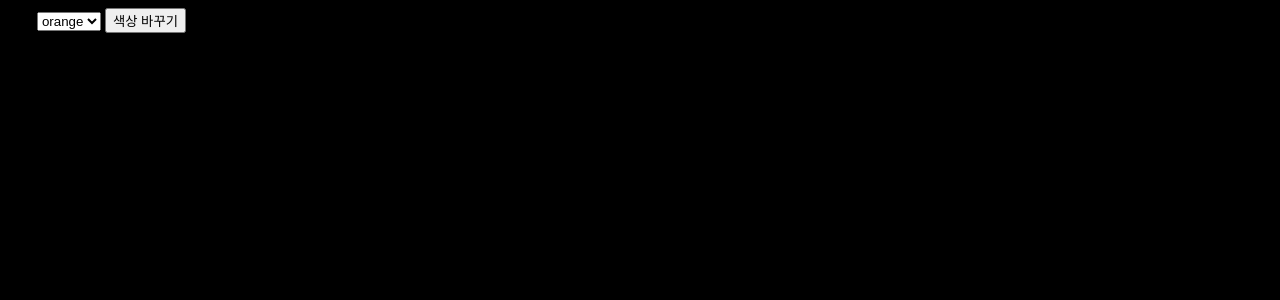
Repository: ABCchocolate/JSP_yooshin
Page: http://localhost/BoardApp/color/main.jsp
These files come from the project's save history. The page is drawn as it stood at one moment and after the next save; the edit follows.
The browser window is 1280 px wide. The pictures show the whole page.
The page is served by Tomcat 9. Other server files are loaded and not shown.

Above is the page before, as saved 2025-07-02 06:37:51.

### BoardApp/src/main/webapp/color/main.jsp
<%@ page contentType="text/html; charset=UTF-8"%>
<%

	//field of service method
	String bg = request.getParameter("bg");
	out.print(bg);

%>
<!DOCTYPE html>
<html>
<head>
<script
	src="https://ajax.googleapis.com/ajax/libs/jquery/3.7.1/jquery.min.js"></script>
	<script type = "text/javascript">
		$(()=>{
			//버튼을 누르면 서버의 jsp 에게 색상변경을 요청하자
			$("button").click(()=>{

				location.href = "/color/main.jsp?bg="+$("select").val(); //링크는 get 방식의요청
			});
		});
	</script>
<meta charset="UTF-8">
<title>Insert title here</title>
</head>
<body bgcolor =<%=bg%>>
	<select>
		<option value = "red">red</option>
		<option selected value = "orange">orange</option>
		<option value = "green">green</option>
		<option value = "blue">blue</option>
	</select>

	<button>색상 바꾸기</button>
</body>
</html>

After the next save:
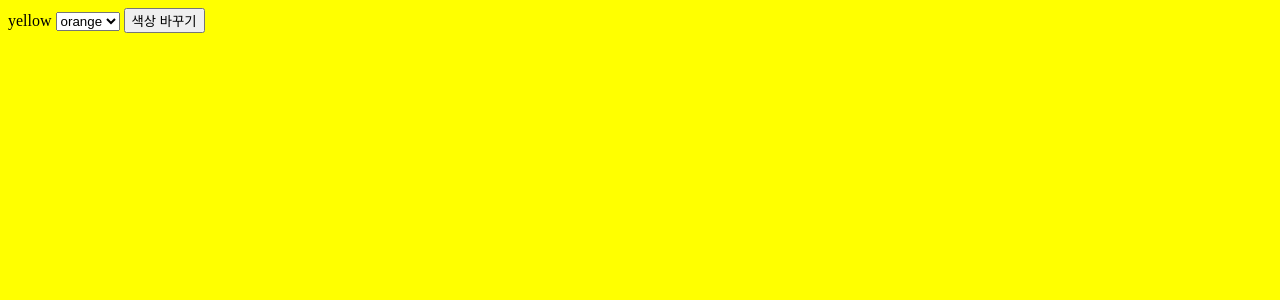
Saved 17 s later.
--- a/BoardApp/src/main/webapp/color/main.jsp
+++ b/BoardApp/src/main/webapp/color/main.jsp
@@ -3,6 +3,9 @@
 
 	//field of service method
 	String bg = request.getParameter("bg");
+	if(bg == null){
+		bg = "yellow";
+	}
 	out.print(bg);
 
 %>
